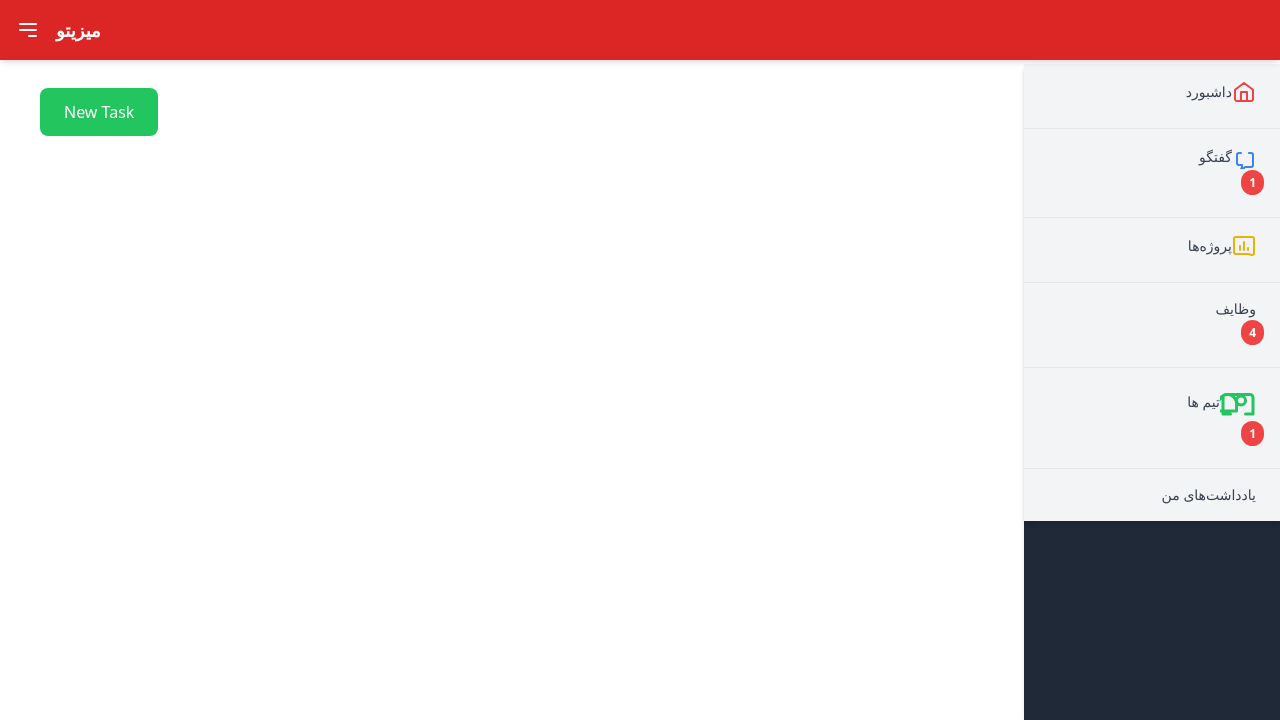
Repository: spnovaa/work-hive
Page: /tasks (app in front_end/)
The author's editor kept a copy of each file at every save. The page is drawn from the files as they stood at one save, then again after a run of saves.
The browser window is 1280 px wide. The pictures show the whole page.
The page's requests for data from a server got no answer. The project was rebuilt for these pictures with package versions that can differ from the ones it lists, and the page was loaded fresh each time. No one was signed in, and anything a server would have sent is missing. Also part of the build but not shown: front_end/src/api/auth.js, front_end/src/components/loadingSpinner.jsx, front_end/src/pages/login.jsx, front_end/src/pages/registration.jsx, front_end/src/components/profile/profileSettingsModal.jsx, front_end/src/components/profile/dropdown.jsx, front_end/src/components/profile/profileSection.jsx, front_end/src/pages/home.jsx and 10 more.

Above is the page before, as saved 2025-01-18 14:09:29.

After the next 2 saves:
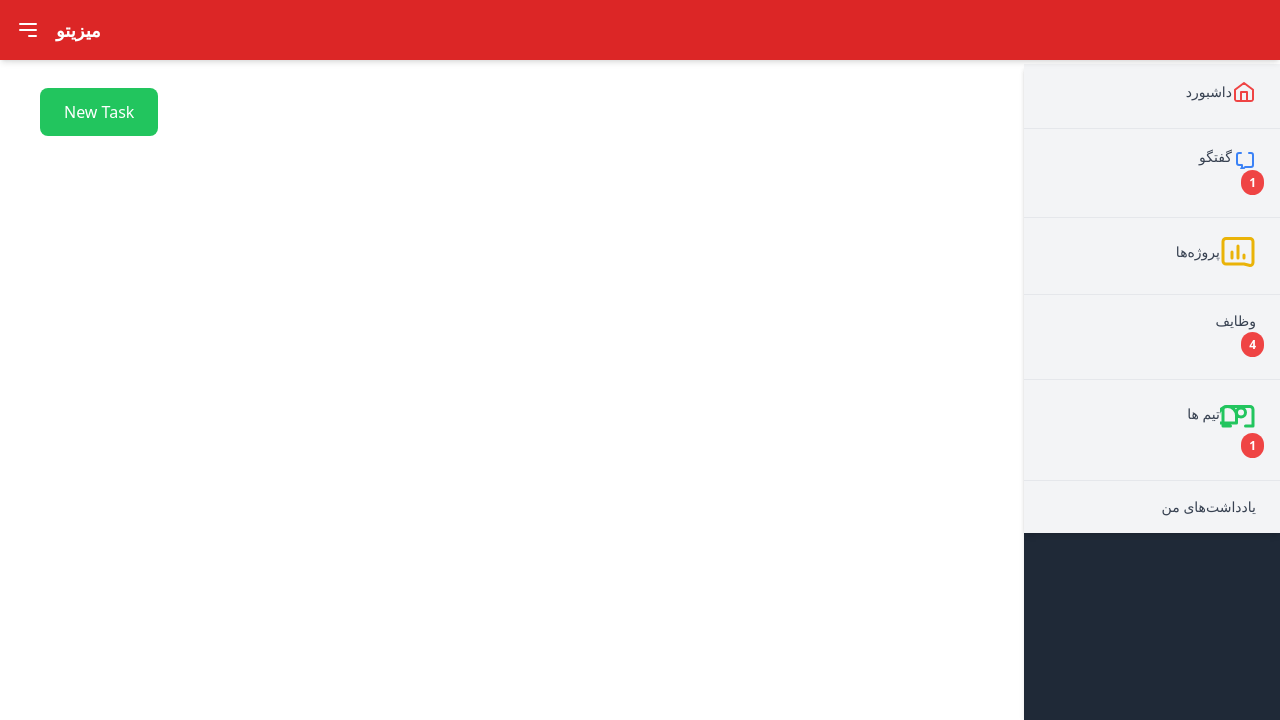
The 2 saves are shown as one change because they came seconds apart.
The last was saved 29 s later.
--- a/front_end/src/components/dashboardSidebar.jsx
+++ b/front_end/src/components/dashboardSidebar.jsx
@@ -82,7 +82,7 @@ function DashboardSidebar() {
                 icon={
                     <svg
                       xmlns="http://www.w3.org/2000/svg"
-                      className="h-6 w-6 text-yellow-500"
+                      className="h-9 w-9 text-yellow-500"
                       fill="none"
                       viewBox="0 0 24 24"
                       stroke="currentColor"
